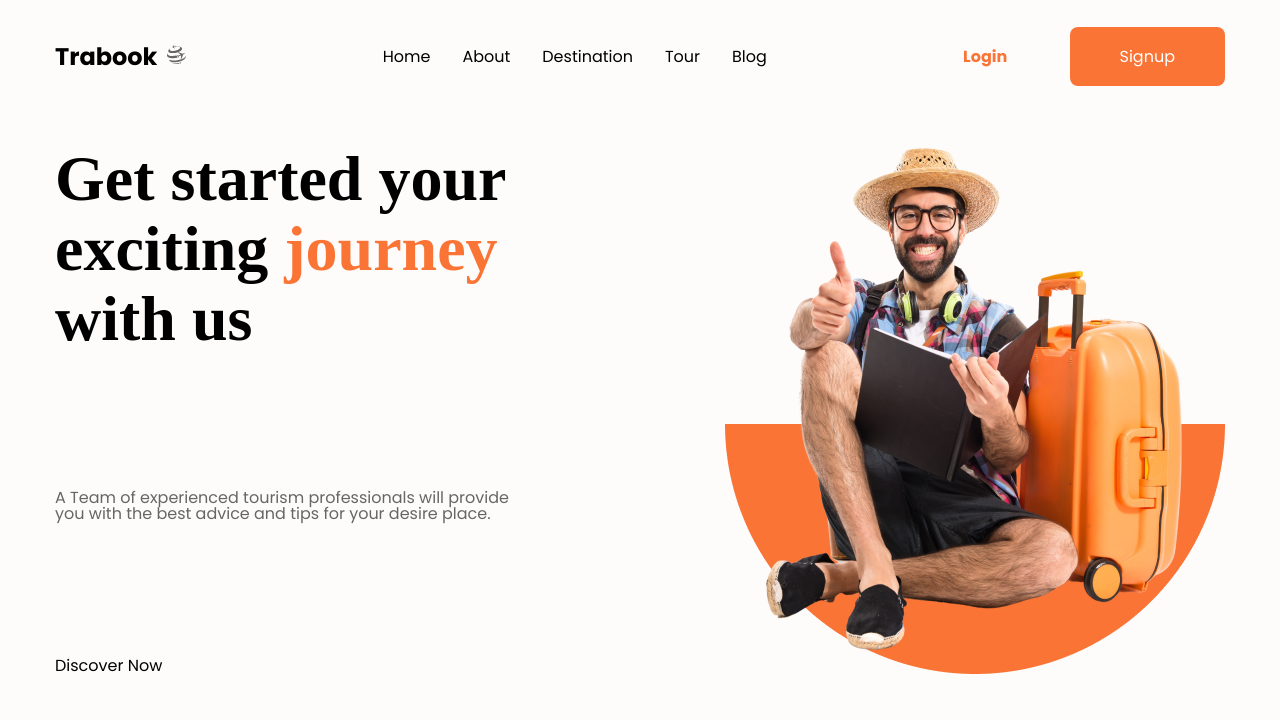
Repository: phobo99/phobo99.github.io
Page: Trabook/index.html
The author's editor kept a copy of each file at every save. The page is drawn from the files as they stood at one save, then again after the next save.
The browser window is 1280 px wide. The pictures show the whole page.
Some web libraries are served in a nearby version. The style sheet was rebuilt from its Sass, Less or Tailwind sources for each picture, by a compiler version that may differ from the author's.

Above is the page before, as saved 2022-06-18 22:22:20.

After the next save:
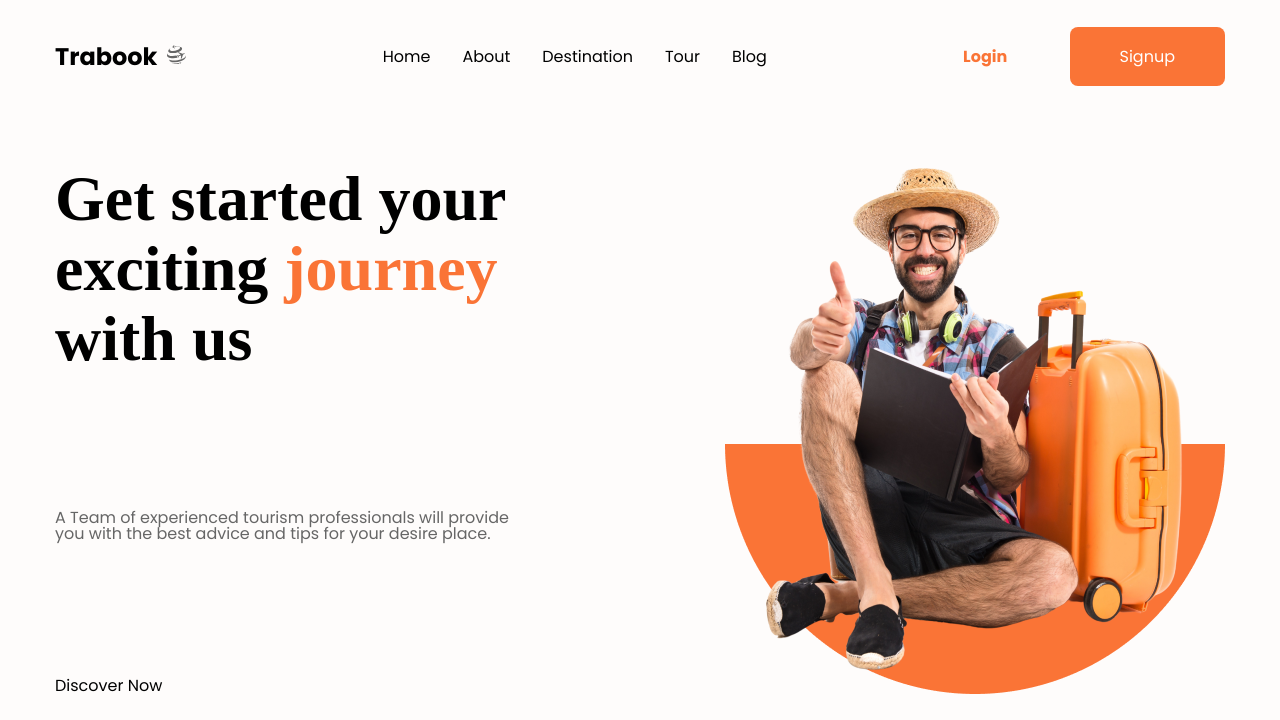
Saved 30 s later.
--- a/Trabook/style.scss
+++ b/Trabook/style.scss
@@ -103,7 +103,7 @@ h1 {
     .content {
       @include size(100%, 530px);
       @include flexbox(stretch, space-between);
-      margin-top: 30px;
+      margin-top: 50px;
       .content-left {
         @include flexbox(stretch, space-between, column);
         @include size(486px, auto);
